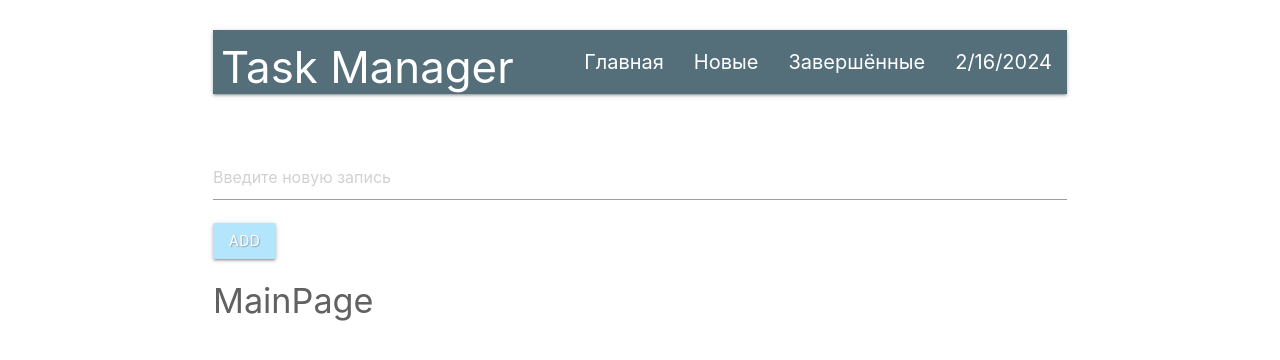
Repository: iveivs/myReactTaskManager
Page: /
The author's editor kept a copy of each file at every save. The page is drawn from the files as they stood at one save, then again after the next save.
The browser window is 1280 px wide. The pictures show the whole page.
The project was rebuilt for these pictures with package versions that can differ from the ones it lists, and the page was loaded fresh each time. Also part of the build but not shown: vite.config.js, src/components/DoneTasks.jsx, src/components/NewTasks.jsx.

Above is the page before, as saved 2024-02-21 10:59:13.

After the next save:
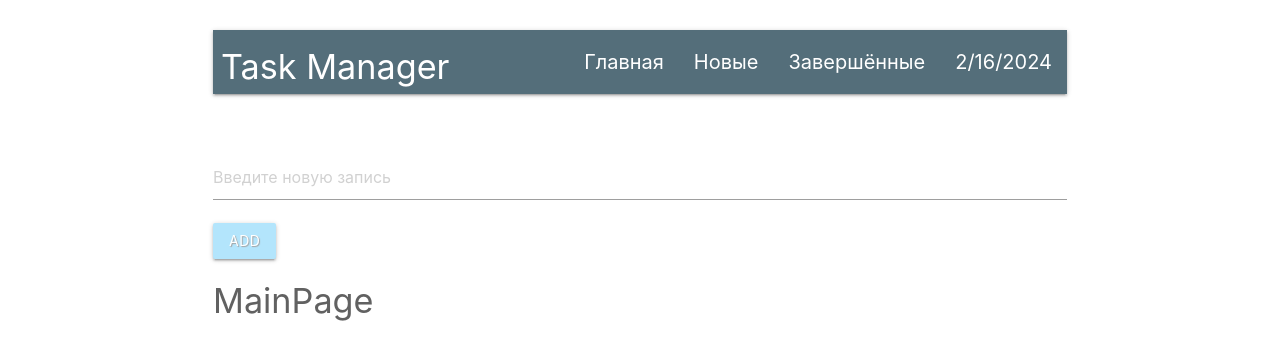
Saved 16 s later.
--- a/src/components/Header.jsx
+++ b/src/components/Header.jsx
@@ -6,7 +6,7 @@ export default function Header() {
         <nav className="blue-grey darken-1">
             <div className="nav-wrapper">
                 <div>
-                    <h3 className="logo">Task Manager</h3>
+                    <h4 className="logo">Task Manager</h4>
                 </div>
                 {/* <* id="nav-mobile" className="right hide-on-med-and-down"> */}
                 <ul className="right">
